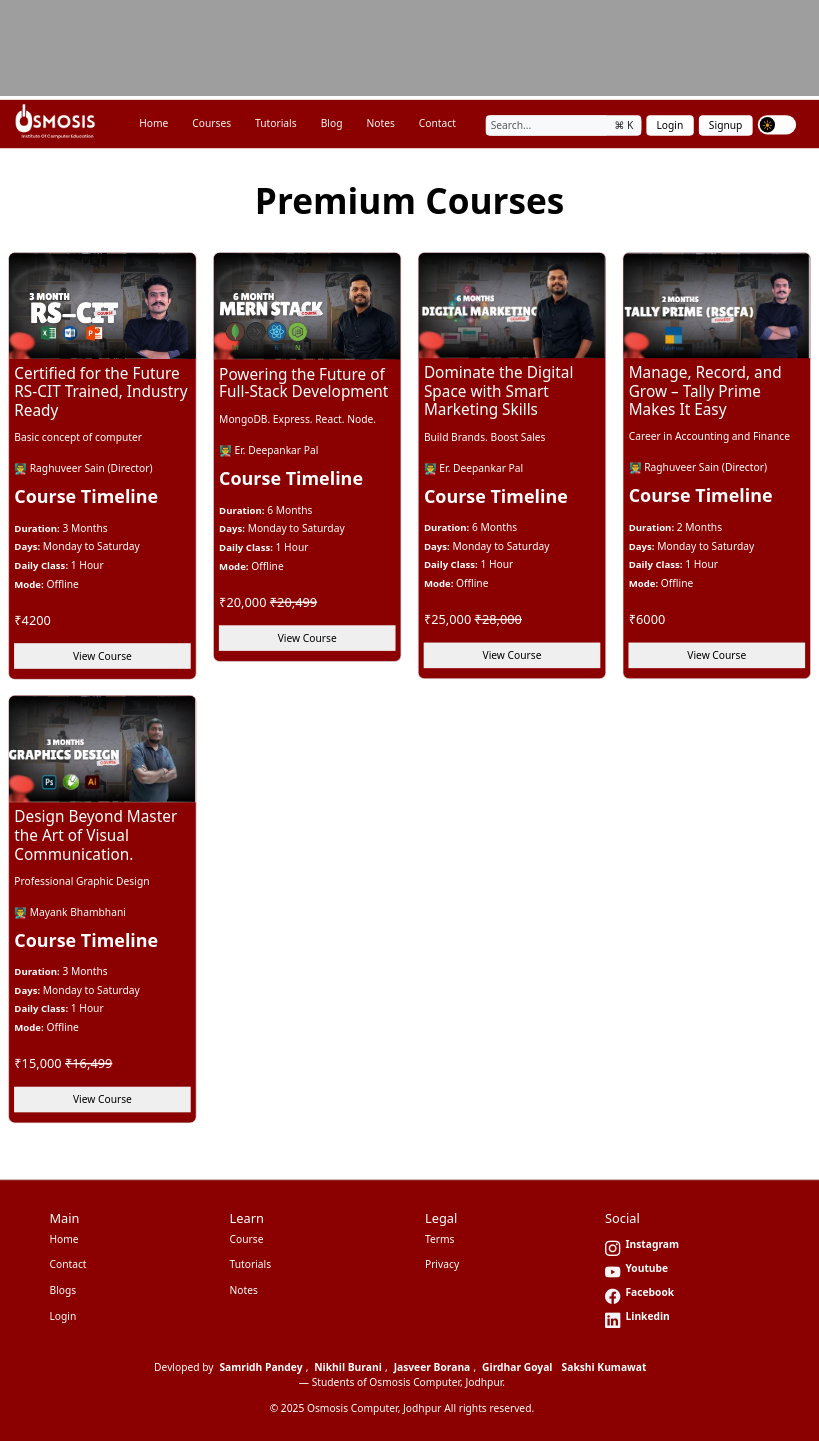
Repository: samriidhpandey/osmosis
Page: /Courses
These files come from the project's save history. The page is drawn as it stood at one moment and after the next save; the edit follows.
The browser window is 1280 px wide. The pictures show the whole page, at 64% of full size.
Pictures or frames that could not be fetched are drawn as grey boxes. The project was rebuilt for these pictures with package versions that can differ from the ones it lists, and the page was loaded fresh each time. Also part of the build but not shown: vite.config.js, src/Section2.jsx, src/Section3.jsx, src/Section4.jsx, src/InfiniteReviewScroll.jsx, src/Section5.jsx, src/TypingText.jsx, src/AnimatedName.jsx and 103 more. Imported but missing from the stored project, and not drawn on this page: src/Images/final-app-on-mobile.mp4, src/Images/final-app-on-pc.mp4, src/Images/open-terminals.mp4, src/Images/python-location.mp4.

Above is the page before, as saved 2025-07-21 16:30:28.

### index.html
<!doctype html>
<html lang="en">
  <head>
    <meta charset="UTF-8" />
    <link rel="icon" type="image/png" href="./src/image/fe1.png" />
    <meta name="viewport" content="width=device-width, initial-scale=1.0" />
    <title>Osmosis Computer</title>
    <link href="https://cdn.jsdelivr.net/npm/bootstrap@5.0.2/dist/css/bootstrap.min.css" rel="stylesheet" integrity="sha384-EVSTQN3/azprG1Anm3QDgpJLIm9Nao0Yz1ztcQTwFspd3yD65VohhpuuCOmLASjC" crossorigin="anonymous">
    <link rel="stylesheet" href="https://cdnjs.cloudflare.com/ajax/libs/font-awesome/6.7.2/css/all.min.css" integrity="sha512-Evv84Mr4kqVGRNSgIGL/F/aIDqQb7xQ2vcrdIwxfjThSH8CSR7PBEakCr51Ck+w+/U6swU2Im1vVX0SVk9ABhg==" crossorigin="anonymous" referrerpolicy="no-referrer" />
    <link href="https://cdn.jsdelivr.net/npm/bootstrap@5.3.0/dist/css/bootstrap.min.css" rel="stylesheet" />
<link href="https://cdn.jsdelivr.net/npm/bootstrap-icons/font/bootstrap-icons.css" rel="stylesheet" />
<iframe src="https://my.spline.design/your-project-link" frameborder="0" width="100%" height="100%"></iframe>


  </head>
  <body>
    <div id="root"></div>
    <script type="module" src="/src/main.jsx"></script>
    <script src="https://cdn.jsdelivr.net/npm/bootstrap@5.0.2/dist/js/bootstrap.bundle.min.js" integrity="sha384-MrcW6ZMFYlzcLA8Nl+NtUVF0sA7MsXsP1UyJoMp4YLEuNSfAP+JcXn/tWtIaxVXM" crossorigin="anonymous"></script>
  </body>
</html>

### src/Footer.jsx
import React from 'react'
import get from './image/github.svg'
import get1 from './image/X.svg'
import get2 from './image/youtube.svg'
import { Link } from 'react-router-dom'
import get3 from './image/facebook.svg'


function Footer({isDark}) {
  const footer = {
    backgroundColor: isDark ? '#111827':'darkred',
    color: isDark ? 'white':'white',
  };
  return (
    <>
    <div className="container-fluid">
      <div className="row border-top" style={footer}>
        <div className="col-12 col-sm-12 col-md-12 col-lg-12 col-xl-11 col-xxl-10 m-auto ">
          <div className="row">
            <div className="col-6 col-sm-6 col-md-3 col-lg-3 col-xl-3 col-xxl-3 mt-5 ps-4 fot-menu">
              <h5>Main</h5>
              <Link to="/" className='text-white'><p>Home</p></Link>{""}
              <Link to="/Contact" className='text-white'><p>Contact</p></Link>{""}
              <Link to="/Blog" className='text-white'><p>Blogs</p></Link>{""}
              <Link to="/Login" className='text-white'><p>Login</p></Link>{""}
            </div>

            <div className="col-6 col-sm-6 col-md-3 col-lg-3 col-xl-3 col-xxl-3 mt-5">
              <h5>Learn</h5>
              <Link to="/Courses" className='text-white'><p>Course</p></Link>{""}
              <Link to="/Tutorial" className='text-white'><p>Tutorials</p></Link>{""}
              <Link to="/Notes" className='text-white'><p>Notes</p></Link>{""}

            </div>

            <div className="col-6 col-sm-6 col-md-3 col-lg-3 col-xl-3 col-xxl-3 mt-5 ps-4">
              <h5>Legal</h5>
              <Link to="/Terms" className='text-white'><p>Terms</p></Link>{""}
              <Link to="/Privacy" className='text-white'><p>Privacy</p></Link>{""}
              {/* <p>Refund</p> */}

            </div>

            <div className="col-6 col-sm-6 col-md-3 col-lg-3 col-xl-3 col-xxl-3 mt-5">
              <h5>Social</h5>
             <a href="https://www.instagram.com/osmosis_computer?igsh=MWkyNGtib2s1NG10OQ%3D%3D&utm_source=qr "
              target="_blank"
    rel="noopener noreferrer"
    style={{
      color:'white',
      textDecoration: "none",
      fontWeight: "bold",
      marginTop: "0px",
      marginBottom: "0px",
    }}
    onMouseOver={(e) => (e.target.style.textDecoration = "underline")}
    onMouseOut={(e) => (e.target.style.textDecoration = "none")}><div className="social d-flex p-0 mt-3"> <i className="bi bi-instagram" style={{fontSize:'24px', color:" #fcf9faff",}}></i><img className='img-fluid me-2 bg-light rounded' alt="" /> <p> Instagram</p></div> </a>


    <a href="https://www.youtube.com/@OsmosisComputerJodhpur "
              target="_blank"
    rel="noopener noreferrer"
    style={{
      color:'white',
      textDecoration: "none",
      fontWeight: "bold",
      marginTop: "0px",
      marginBottom: "0px",
    }}
    onMouseOver={(e) => (e.target.style.textDecoration = "underline")}
    onMouseOut={(e) => (e.target.style.textDecoration = "none")}><div className="social d-flex p-0 mt-3"> <i className="bi bi-youtube" style={{fontSize:'24px', color:" #f9f5f5ff",}}></i><img className='img-fluid me-2 bg-light rounded' alt="" /> <p> Youtube</p></div> </a>



    <a href="https://www.facebook.com/share/1LYuEtGZGp/?mibextid=wwXIfr"
              target="_blank"
    rel="noopener noreferrer"
    style={{
      color:'white',
      textDecoration: "none",
      fontWeight: "bold",
      marginTop: "0px",
      marginBottom: "0px",
    }}
    onMouseOver={(e) => (e.target.style.textDecoration = "underline")}
    onMouseOut={(e) => (e.target.style.textDecoration = "none")}><div className="social d-flex p-0 mt-3"> <i className="bi bi-facebook" style={{fontSize:'24px', color:" #f2f2f8ff",}}></i><img className='img-fluid me-2 bg-light rounded' alt="" /> <p> Facebook</p></div> </a>



    <a href="https://www.linkedin.com/company/osmosiscomputer/"
              target="_blank"
    rel="noopener noreferrer"
    style={{
      color:'white',
      textDecoration: "none",
      fontWeight: "bold",
      marginTop: "0px",
      marginBottom: "0px",
    }}
    onMouseOver={(e) => (e.target.style.textDecoration = "underline")}
    onMouseOut={(e) => (e.target.style.textDecoration = "none")}><div className="social d-flex p-0 mt-3"> <i className="bi bi-linkedin" style={{fontSize:'24px', color:" #f2f2f8ff",}}></i><img className='img-fluid me-2 bg-light rounded' alt="" /> <p>Linkedin</p></div> </a>



            </div>
          </div>
        </div>

        <div className="row">
          <div className="col-12">


  <footer
  className='mt-3'
  style={{
    padding: "1.5rem",
    textAlign: "center",


  }}
>
  Devloped by{" "}
  <a
    href="https://www.linkedin.com/in/samridh-pandey-771835317?utm_source=share&utm_campaign=share_via&utm_content=profile&utm_medium=android_app"
    target="_blank"
    rel="noopener noreferrer"
    style={{
      color:'white',
      textDecoration: "none",
      fontWeight: "bold",
      margin: "0 5px",
    }}
    onMouseOver={(e) => (e.target.style.textDecoration = "underline")}
    onMouseOut={(e) => (e.target.style.textDecoration = "none")}
  >
    Samridh Pandey
  </a>
  ,{" "}
  <a
    href="https://www.linkedin.com/in/nikhil-burani?utm_source=share&utm_campaign=share_via&utm_content=profile&utm_medium=android_app"
    target="_blank"
    rel="noopener noreferrer"
    style={{
      color:'white',
      textDecoration: "none",
      fontWeight: "bold",
      margin: "0 5px",
    }}
    onMouseOver={(e) => (e.target.style.textDecoration = "underline")}
    onMouseOut={(e) => (e.target.style.textDecoration = "none")}
  >
    Nikhil Burani
  </a>
  ,{" "}
  <a
    href="https://www.linkedin.com/in/jasveer-borana-39878a373?utm_source=share&utm_campaign=share_via&utm_content=profile&utm_medium=android_app "
    target="_blank"
    rel="noopener noreferrer"
    style={{
      color:'white',
      textDecoration: "none",
      fontWeight: "bold",
      margin: "0 5px",
    }}
    onMouseOver={(e) => (e.target.style.textDecoration = "underline")}
    onMouseOut={(e) => (e.target.style.textDecoration = "none")}
  >
    Jasveer Borana
  </a>
  ,{" "}
  <a
    href="https://www.linkedin.com/in/girdhar-goyal-1376b5332?lipi=urn%3Ali%3Apage%3Ad_flagship3_profile_view_base_contact_details%3B9WR3byrCTMq%2FaVpFyt54vQ%3D%3D"
    target="_blank"
    rel="noopener noreferrer"
    style={{
      textDecoration: "none",
      fontWeight: "bold",
      margin: "0 5px",
      color:'white',
    }}
    onMouseOver={(e) => (e.target.style.textDecoration = "underline")}
    onMouseOut={(e) => (e.target.style.textDecoration = "none")}
  >
    Girdhar Goyal
  </a>{" "}

  <a
    href="https://www.linkedin.com/in/sakshi-k-b046b4320?utm_source=share&utm_campaign=share_via&utm_content=profile&utm_medium=ios_app "
    target="_blank"
    rel="noopener noreferrer"
    style={{
      textDecoration: "none",
      fontWeight: "bold",
      margin: "0 5px",
      color:'white',
    }}
    onMouseOver={(e) => (e.target.style.textDecoration = "underline")}
    onMouseOut={(e) => (e.target.style.textDecoration = "none")}
  >
    Sakshi Kumawat
  </a>{" "}

  <p>—  Students of Osmosis Computer, Jodhpur.</p>
  <p>© 2025 Osmosis Computer, Jodhpur All rights reserved.</p>
</footer>



          </div>
        </div>
      </div>
    </div>
    </>
  )
}

export default Footer

### src/Component2/Courses.jsx
import React from 'react'
import ad1 from '../image/c1.jpg';
import ad2 from '../image/c2.jpg';
import ad3 from '../image/c3.jpg';
import ad4 from '../image/c4.jpg';
import ad5 from '../image/c5.jpg';
import { Link } from "react-router-dom";



function Courses({isDark}) {
  const Courses = {
    backgroundColor: isDark ? '#0E121B' : 'white',
    color: isDark ? 'white' : 'black',
  };
  const Courses1 = {
    backgroundColor: isDark ? 'black' : 'darkred',
    color: isDark ? 'white' : 'white',
  };


  const headingStyle = {
    // fontSize: "20px",
    fontWeight: "600",
    color: "white",
    marginBottom: "0px",
  };

  const itemStyle = {
    fontSize: "16px",
    color: "white",
    // lineHeight:'-100px',
    marginBottom: "-35px",
  };
  return (
    <>
    {/* <BrowserRouter> */}


    <div className="container-fluid">
      <div className="row"style={Courses}>
        <div className="col-12">
          <h1 className=' fw-bolder text-center mt-5 mb-4'>Premium Courses</h1>
          <div className="row mt-5 mb-5 pb-3">

           <div className="col-12 col-sm-12 col-md-6 col-lg-4 col-xl-3 col-xxl-3" >
            <Link to="/part1" className='part1'>
              <div className="row">
                <div className="col-11 border mb-4 pb-2 m-auto p-0 cour-card" style={Courses1}>
                    <div className="col-12 p-0 cour-img">
                <img src={ad1} className='img-fluid cour-img' alt="" />
              </div>
              <div className=" p-2">
            <h4 className=''>Certified for the Future RS-CIT Trained, Industry Ready</h4>
            <p className='mt-3'>Basic concept of computer</p>
            <p className='mt-4'>👨‍🏫 Raghuveer Sain (Director)</p>
            <h3 style={headingStyle}>Course Timeline</h3>
      <p style={itemStyle}><strong>Duration:</strong> 3 Months</p>
      <p style={itemStyle}><strong>Days:</strong> Monday to Saturday</p>
      <p style={itemStyle}><strong>Daily Class:</strong> 1 Hour</p>
      <p style={itemStyle}><strong>Mode:</strong> Offline </p>
            <h5 className='mt-5'>₹4200</h5>

            <button className='w-100 mt-3 border-0 pt-2 pb-2'>View Course</button>
          </div>
                </div>
              </div>

            </Link>{""}
          </div>


          <div className="col-12 col-sm-12 col-md-6 col-lg-4 col-xl-3 col-xxl-3">
            <Link to="/part2" className='part1'>
              <div className="row">
                <div className="col-11 border mb-4 pb-2 m-auto p-0 cour-card" style={Courses1}>
                    <div className="col-12 p-0 cour-img">
                <img src={ad2} className='img-fluid cour-img' alt="" />
              </div>
              <div className=" p-2">
            <h4 className=''>Powering the Future of Full-Stack Development</h4>
            <p className='mt-3'>MongoDB. Express. React. Node.</p>
            <p className='mt-4'>👨‍🏫 Er. Deepankar Pal</p>
            <h3 style={headingStyle}>Course Timeline</h3>
      <p style={itemStyle}><strong>Duration:</strong> 6 Months</p>
      <p style={itemStyle}><strong>Days:</strong> Monday to Saturday</p>
      <p style={itemStyle}><strong>Daily Class:</strong> 1 Hour</p>
      <p style={itemStyle}><strong>Mode:</strong> Offline </p>
            <h5 className='mt-5'>₹20,000 <s>₹20,499</s></h5>

            <button className='w-100 mt-3 border-0 pt-2 pb-2'>View Course</button>
          </div>
                </div>
              </div>
             </Link>{""}

          </div>



          <div className="col-12 col-sm-12 col-md-6 col-lg-4 col-xl-3 col-xxl-3">
            <Link to="/part3" className='part1'>
              <div className="row">
                <div className="col-11 border mb-4 pb-2 m-auto p-0 cour-card" style={Courses1}>
                    <div className="col-12 p-0 cour-img">
                <img src={ad3} className='img-fluid cour-img w-100' alt="" />
              </div>
              <div className=" p-2">
            <h4 className=''>Dominate the Digital Space with Smart Marketing Skills</h4>
            <p className='mt-3'>Build Brands. Boost Sales</p>
            <p className='mt-4'>👨‍🏫 Er. Deepankar Pal</p>
            <h3 style={headingStyle}>Course Timeline</h3>
      <p style={itemStyle}><strong>Duration:</strong> 6 Months</p>
      <p style={itemStyle}><strong>Days:</strong> Monday to Saturday</p>
      <p style={itemStyle}><strong>Daily Class:</strong> 1 Hour</p>
      <p style={itemStyle}><strong>Mode:</strong> Offline </p>
            <h5 className='mt-5'>₹25,000 <s>₹28,000</s></h5>

            <button className='w-100 mt-3 border-0 pt-2 pb-2'>View Course</button>
          </div>
                </div>
              </div>
             </Link>{""}

          </div>




          <div className="col-12 col-sm-12 col-md-6 col-lg-4 col-xl-3 col-xxl-3">
            <Link to="/part4" className='part1'>
              <div className="row">
                <div className="col-11 border mb-4 pb-2 m-auto p-0 cour-card" style={Courses1}>
                    <div className="col-12 p-0 cour-img">
                <img src={ad4} className='img-fluid cour-img w-100' alt="" />
              </div>
              <div className=" p-2">
            <h4 className=''>Manage, Record, and Grow – Tally Prime Makes It Easy</h4>
            <p className='mt-3'>Career in Accounting and Finance</p>
            <p className='mt-4'>👨‍🏫 Raghuveer Sain (Director)</p>
            <h3 style={headingStyle}>Course Timeline</h3>
      <p style={itemStyle}><strong>Duration:</strong> 2 Months</p>
      <p style={itemStyle}><strong>Days:</strong> Monday to Saturday</p>
      <p style={itemStyle}><strong>Daily Class:</strong> 1 Hour</p>
      <p style={itemStyle}><strong>Mode:</strong> Offline </p>
            <h5 className='mt-5'>₹6000</h5>

            <button className='w-100 mt-3 border-0 pt-2 pb-2'>View Course</button>
          </div>
                </div>
              </div>
             </Link>{""}

          </div>





          <div className="col-12 col-sm-12 col-md-6 col-lg-4 col-xl-3 col-xxl-3">
            <Link to="/part5" className='part1'>
              <div className="row">
                <div className="col-11 border mb-4 pb-2 m-auto p-0 cour-card" style={Courses1}>
                    <div className="col-12 p-0 cour-img">
                <img src={ad5} className='img-fluid cour-img w-100' alt="" />
              </div>
              <div className=" p-2">
            <h4 className=''>Design Beyond Master the Art of Visual Communication.</h4>
            <p className='mt-3'>Professional Graphic Design</p>
            <p className='mt-4'>👨‍🏫 Mayank Bhambhani</p>
            <h3 style={headingStyle}>Course Timeline</h3>
      <p style={itemStyle}><strong>Duration:</strong> 3 Months</p>
      <p style={itemStyle}><strong>Days:</strong> Monday to Saturday</p>
      <p style={itemStyle}><strong>Daily Class:</strong> 1 Hour</p>
      <p style={itemStyle}><strong>Mode:</strong> Offline </p>
            <h5 className='mt-5'>₹15,000 <s>₹16,499</s></h5>

            <button className='w-100 mt-3 border-0 pt-2 pb-2'>View Course</button>
          </div>
                </div>
              </div>
             </Link>{""}

          </div>





          </div>
        </div>
      </div>


    </div>


    </>
  )
}

export default Courses

Loaded but not shown: src/main.jsx (common file); src/App.jsx (426 lines, source omitted); src/App.css (1048 lines, source omitted); src/index.css (no stored copy; drawn as an empty file)

After the next save:
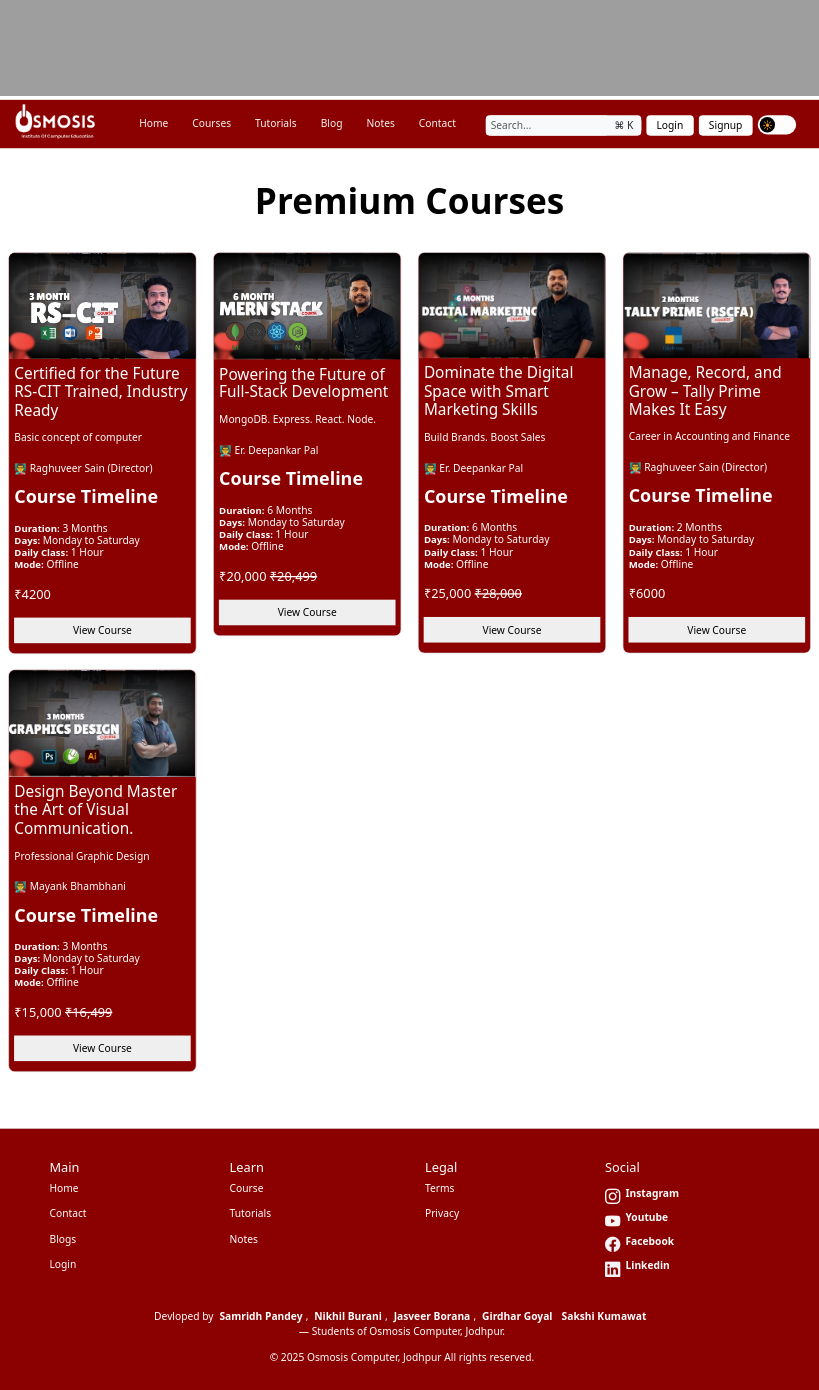
Saved 4 s later.
--- a/src/Component2/Courses.jsx
+++ b/src/Component2/Courses.jsx
@@ -30,7 +30,7 @@
     fontSize: "16px",
     color: "white",
     // lineHeight:'-100px',
-    marginBottom: "-35px",
+    marginBottom: "-45px",
   };
   return (
     <>
